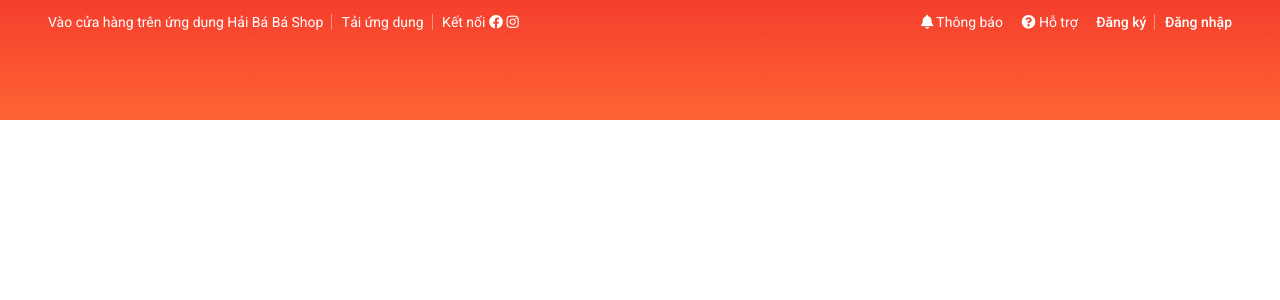
Repository: 0385246651/Shoppee-UI
Page: index.html
The author's editor kept a copy of each file at every save. The page is drawn from the files as they stood at one save, then again after the next save.
The browser window is 1280 px wide. The pictures show the whole page.

Above is the page before, as saved 2022-11-04 09:18:35.

After the next save:
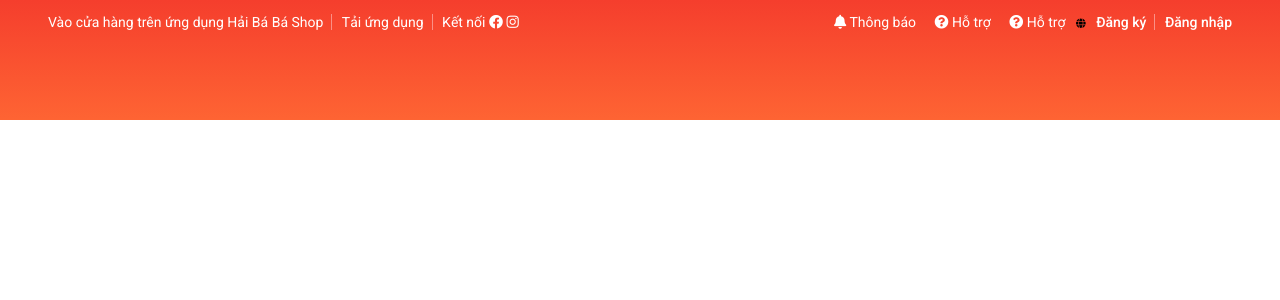
Saved 56 s later.
--- a/index.html
+++ b/index.html
@@ -63,6 +63,15 @@
 
                         </li>
 
+                        <li class="header__navbar-item">
+                            <a href="#" class="header__navbar-item-link">
+                                <i class="fas fa-question-circle"></i>
+                                Hỗ trợ</a>
+
+                        </li>
+
+                        <i class="fas fa-globe"></i>
+
                         <li class=" header__navbar-item header__navbar-item--strong header__navbar-item--separate">
                             Đăng ký
                         </li>
